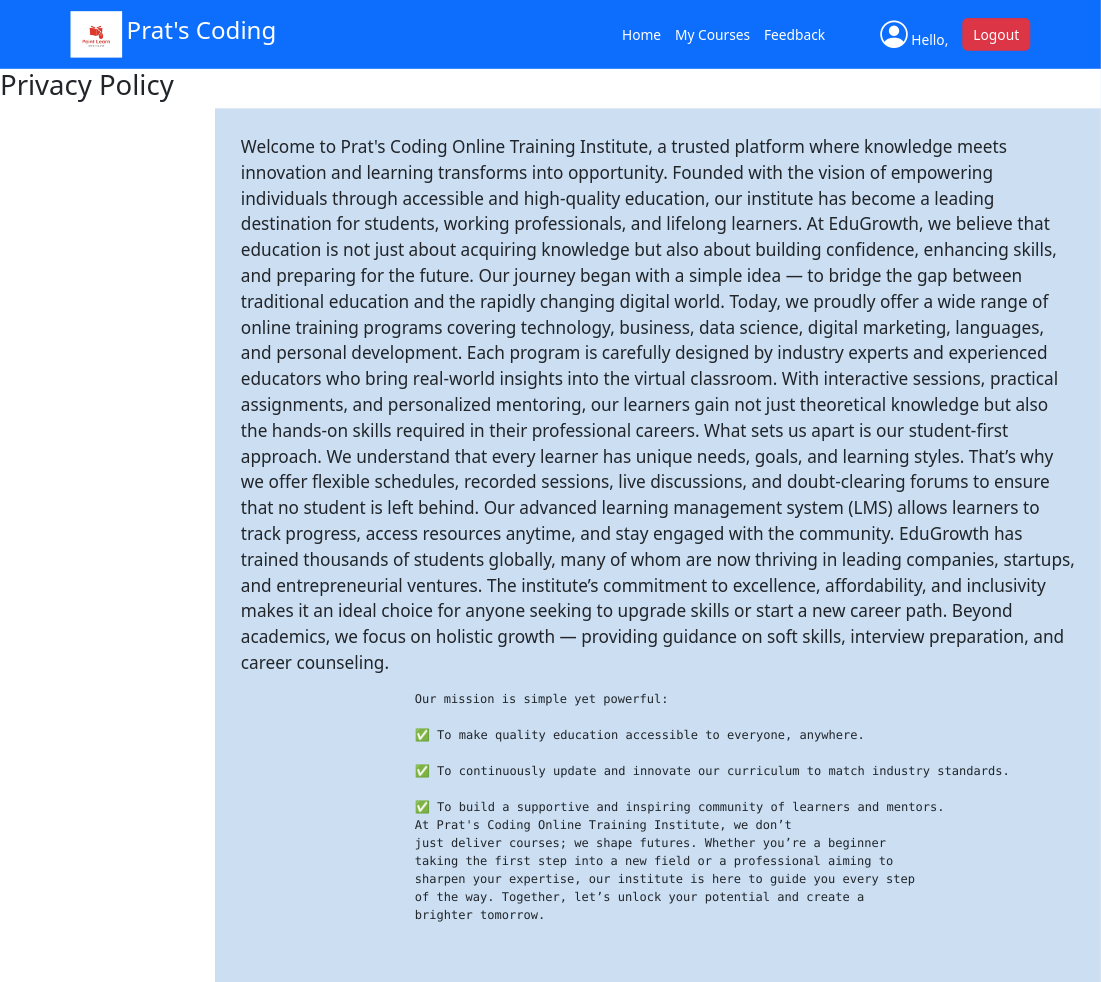
Repository: Pratikshae/OnlineLearningEPlatform
Page: http://localhost/privacy-policy
These files come from the project's save history. The page is drawn as it stood at one moment and after the next save; the edit follows.
The browser window is 1280 px wide. The pictures show the whole page, at 86% of full size.
The page is this project's Thymeleaf template; nobody is signed in. The template is opened directly, without the code that normally fills it, so the values that code supplies are empty.

Above is the page before, as saved 2025-09-22 09:46:15.

### EducationCRMProject/src/main/resources/templates/privacy-policy.html
<!DOCTYPE html>
<html lang="en" xmlns:th="http://www.thymeleaf.org">
<head>
<meta charset="utf-8" />
<meta name="viewport" content="width=device-width, initial-scale=1" />
<title>Privacy Policy</title>
<link
	href="https://cdn.jsdelivr.net/npm/bootstrap@5.3.7/dist/css/bootstrap.min.css"
	rel="stylesheet"
	integrity="sha384-LN+7fdVzj6u52u30Kp6M/trliBMCMKTyK833zpbD+pXdCLuTusPj697FH4R/5mcr"
	crossorigin="anonymous" />

<link rel="stylesheet"
	href="https://cdn.jsdelivr.net/npm/bootstrap-icons@1.13.1/font/bootstrap-icons.min.css">
<link rel="stylesheet" th:href="@{/css/style.css}">

</head>
<body>
	<div th:replace="~{fragments/user-header :: u-header}"></div>
	<h2 class="justify-content-center align-items-center">Privacy
		Policy</h2>

	<div class="main-content">
		<p class="justify-content-center align-items-center"
			style="font-size: 20px">Welcome to Prat's Coding Online Training
			Institute, a trusted platform where knowledge meets innovation and
			learning transforms into opportunity. Founded with the vision of
			empowering individuals through accessible and high-quality education,
			our institute has become a leading destination for students, working
			professionals, and lifelong learners. At EduGrowth, we believe that
			education is not just about acquiring knowledge but also about
			building confidence, enhancing skills, and preparing for the future.

			Our journey began with a simple idea — to bridge the gap between
			traditional education and the rapidly changing digital world. Today,
			we proudly offer a wide range of online training programs covering
			technology, business, data science, digital marketing, languages, and
			personal development. Each program is carefully designed by industry
			experts and experienced educators who bring real-world insights into
			the virtual classroom. With interactive sessions, practical
			assignments, and personalized mentoring, our learners gain not just
			theoretical knowledge but also the hands-on skills required in their
			professional careers. What sets us apart is our student-first
			approach. We understand that every learner has unique needs, goals,
			and learning styles. That’s why we offer flexible schedules, recorded
			sessions, live discussions, and doubt-clearing forums to ensure that
			no student is left behind. Our advanced learning management system
			(LMS) allows learners to track progress, access resources anytime,
			and stay engaged with the community. EduGrowth has trained thousands
			of students globally, many of whom are now thriving in leading
			companies, startups, and entrepreneurial ventures. The institute’s
			commitment to excellence, affordability, and inclusivity makes it an
			ideal choice for anyone seeking to upgrade skills or start a new
			career path. Beyond academics, we focus on holistic growth —
			providing guidance on soft skills, interview preparation, and career
			counseling.</p>
		<pre>
			Our mission is simple yet powerful:

			✅ To make quality education accessible to everyone, anywhere.

			✅ To continuously update and innovate our curriculum to match industry standards.

			✅ To build a supportive and inspiring community of learners and mentors.
			At Prat's Coding Online Training Institute, we don’t
			just deliver courses; we shape futures. Whether you’re a beginner
			taking the first step into a new field or a professional aiming to
			sharpen your expertise, our institute is here to guide you every step
			of the way. Together, let’s unlock your potential and create a
			brighter tomorrow.
			</pre>

	</div>
</body>
</html>

### EducationCRMProject/src/main/resources/templates/fragments/user-header.html
<!-- fragments/header.html -->
<!DOCTYPE html>
<html xmlns:th="http://www.thymeleaf.org">
<body>
	<header th:fragment="u-header">
		<nav class="navbar navbar-expand-lg bg-primary">
			<div class="container">
				<a class="navbar-brand" href="/index"> <img
					src="images/logo.png" alt="Smart Programming Logo" width="60" /> <span
					class="h3 text-white">Prat's Coding</span>
				</a>
				<button class="navbar-toggler" type="button"
					data-bs-toggle="collapse" data-bs-target="#navbarSupportedContent"
					aria-controls="navbarSupportedContent" aria-expanded="false"
					aria-label="Toggle navigation">
					<span class="navbar-toggler-icon"></span>
				</button>
				<div class="collapse navbar-collapse" id="navbarSupportedContent">
					<ul class="navbar-nav ms-auto mb-2 mb-lg-0">
						<li class="nav-item"><a class="nav-link text-white"
							aria-current="page" href="/index">Home</a></li>
					</ul>
					<ul class="navbar-nav mb-2 mb-lg-0">
						<li class="nav-item"><a class="nav-link text-white"
							aria-current="page" href="/myCourses">My Courses</a></li>
					</ul>

					<ul class="navbar-nav mb-2 mb-lg-0">
						<li class="nav-item"><a class="nav-link text-white"
							aria-current="page" href="/provideFeedback">Feedback</a></li>
					</ul>

					<ul class="navbar-nav mb-2 mb-lg-0 ms-5">
						<li class="nav-item"><a class="nav-link text-white"
							aria-current="page" href="/userProfile"> <i
								class="bi bi-person-circle" style="font-size: 2rem;"></i> Hello,
								<span th:text="${sessionUser.name}"></span>
						</a></li>
					</ul>
					<a href="/login" class="btn btn-danger ms-2"> Logout </a>
				</div>
			</div>
		</nav>
	</header>
</body>
</html>

### EducationCRMProject/src/main/resources/static/css/style.css
.sidebar {
    width: 250px;
    background-color: black;
    position: fixed;
    top: 0;
    left: 0;
    height: 100%;
    z-index: 1000;   /* ensure it stays above content */
}

.sidebar .nav-link {
    color: white;
}
.sidebar .nav-link:hover {
	background-color: #1075e0;
}

.main-content {
    margin-left: 250px;
    width: calc(100% - 250px);
    padding: 30px;
    background:#cbdef2;
    min-height: 100vh;
    position: relative;
    z-index: 1;   /* ensure content sits beside, not behind */
}

After the next save:
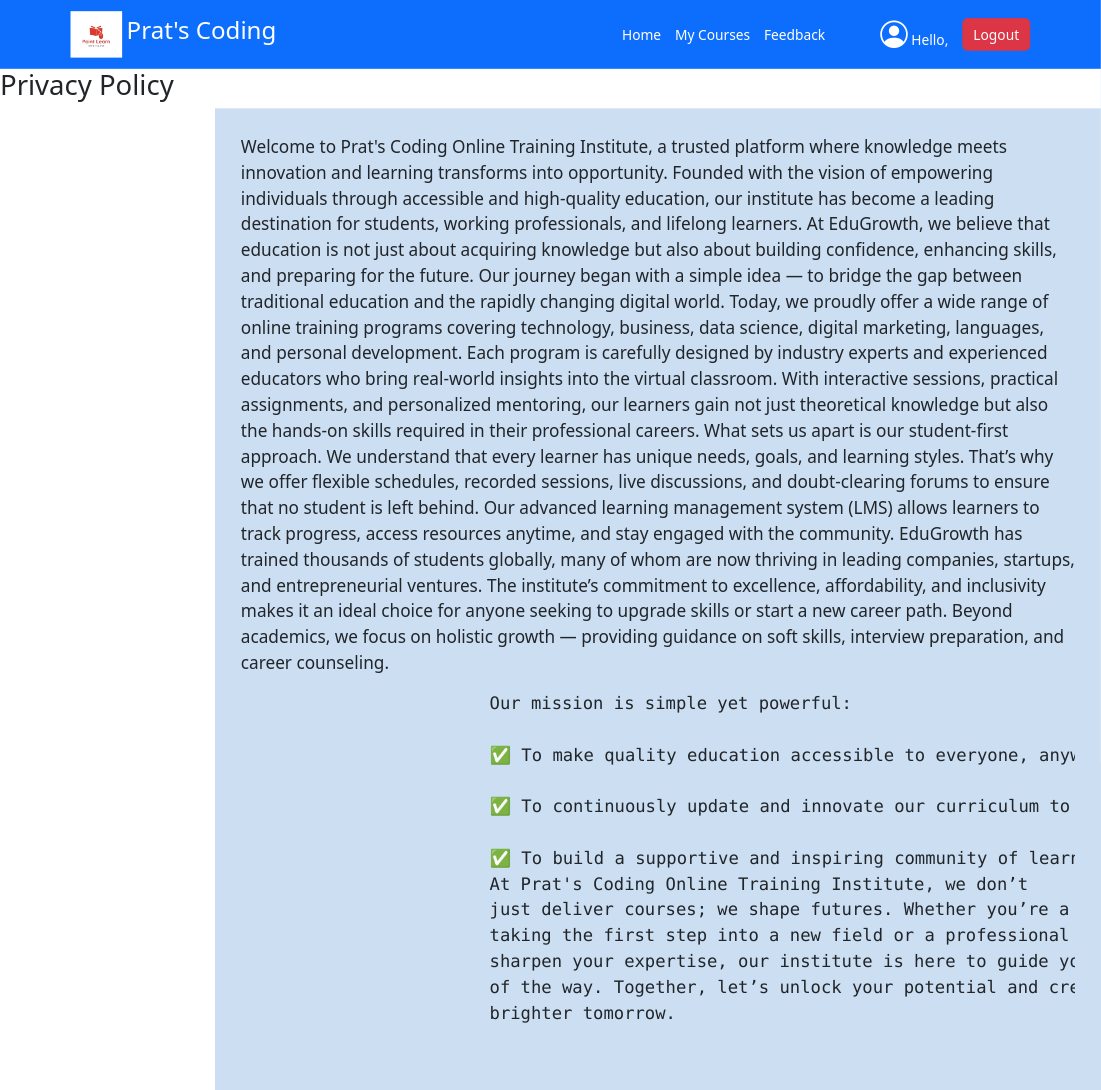
Saved 13 s later.
--- a/EducationCRMProject/src/main/resources/templates/privacy-policy.html
+++ b/EducationCRMProject/src/main/resources/templates/privacy-policy.html
@@ -54,7 +54,8 @@
 			career path. Beyond academics, we focus on holistic growth —
 			providing guidance on soft skills, interview preparation, and career
 			counseling.</p>
-		<pre>
+		<pre class="justify-content-center align-items-center"
+			style="font-size: 20px">
 			Our mission is simple yet powerful:
 
 			✅ To make quality education accessible to everyone, anywhere.
